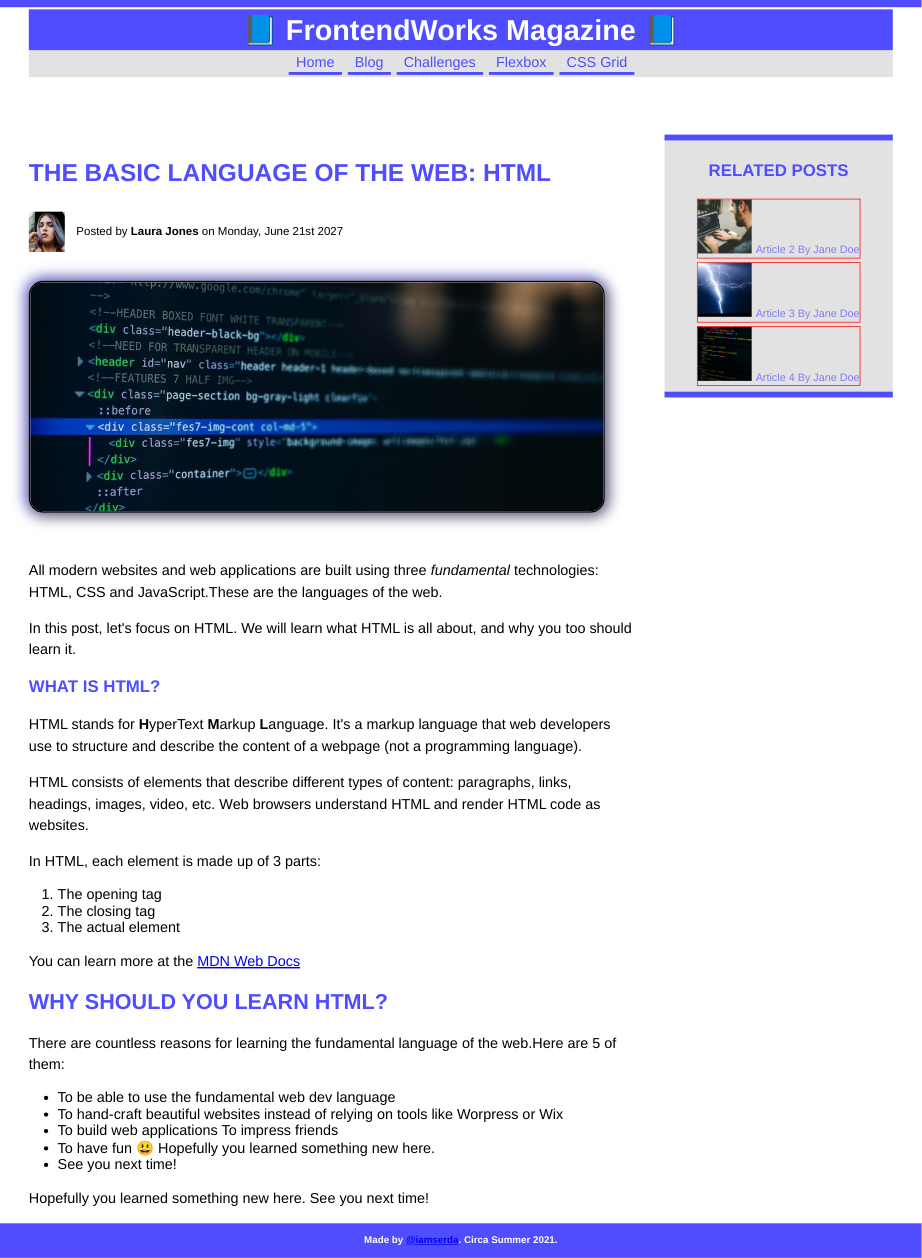
Repository: iamserda/html-css-course
Page: starter/02-HTML-Fundamentals/index.html
An editor plug-in stored every save of this project. The page is shown before and after the next save, followed by the edit.
The browser window is 1280 px wide. The pictures show the whole page, at 72% of full size.

Above is the page before, as saved 2021-07-17 18:57:28.

After the next save:
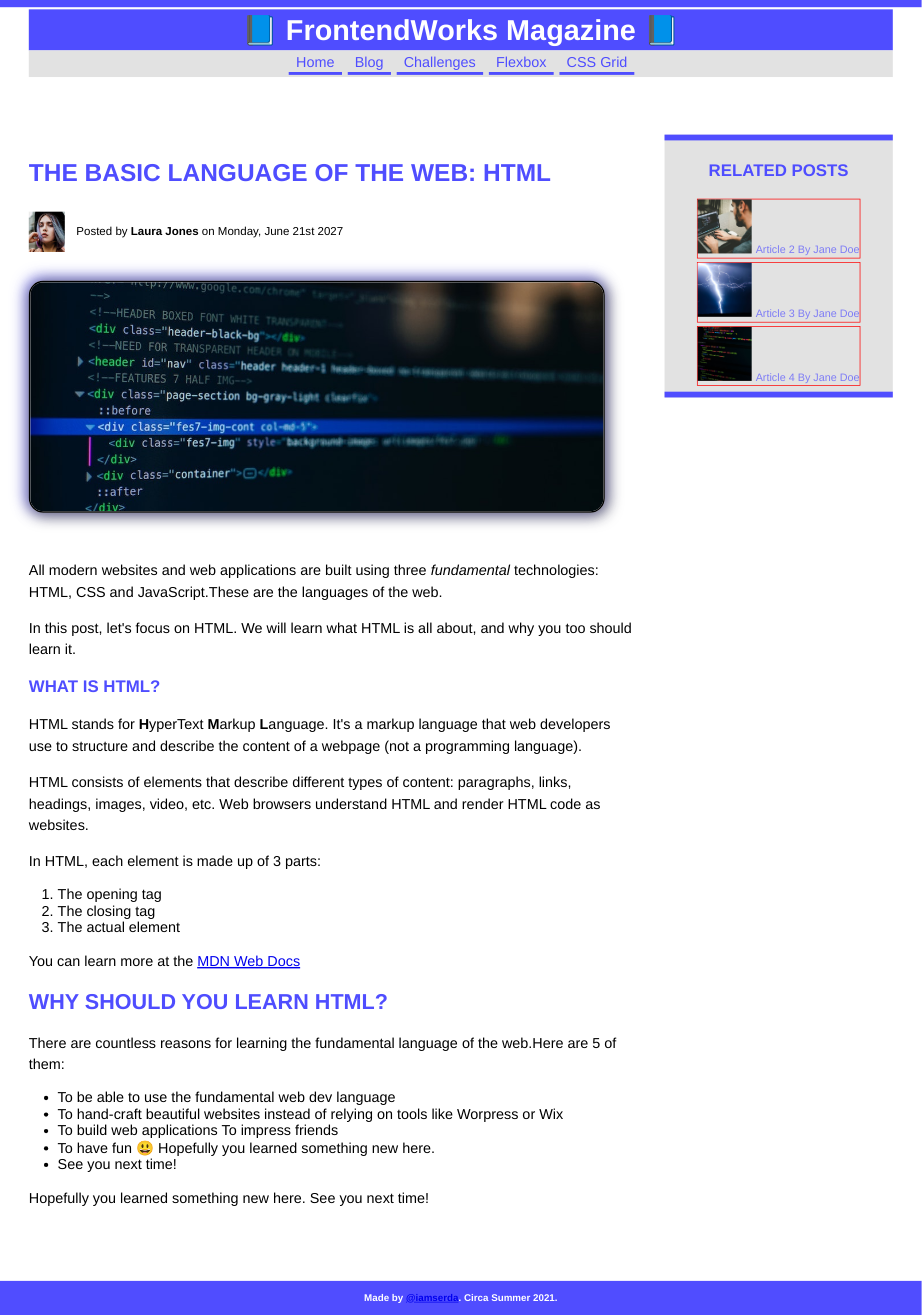
Saved 26 s later.
--- a/starter/02-HTML-Fundamentals/index.css
+++ b/starter/02-HTML-Fundamentals/index.css
@@ -28,6 +28,7 @@ main {
     margin-top: 4em;
     min-width: 540px;
     max-width: 1200px;
+    margin-bottom: 4em;
 }
 
 
